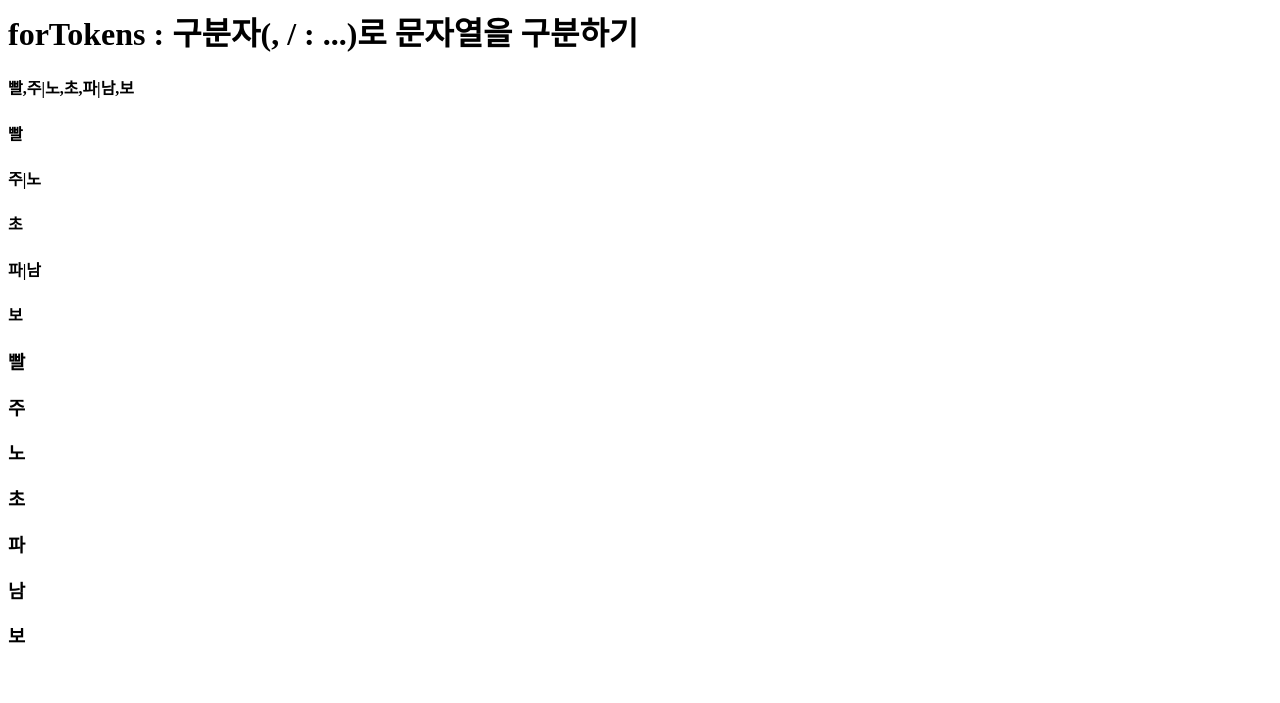
Repository: juhee1020/studying
Page: http://localhost/jsp01_basic/jsp10_jstl/jsp05_fortokens.jsp
These files come from the project's save history. The page is drawn as it stood at one moment and after the next save; the edit follows.
The browser window is 1280 px wide. The pictures show the whole page.
The page is served by Tomcat 9.

Above is the page before, as saved 2022-12-14 03:02:52.

After the next save:
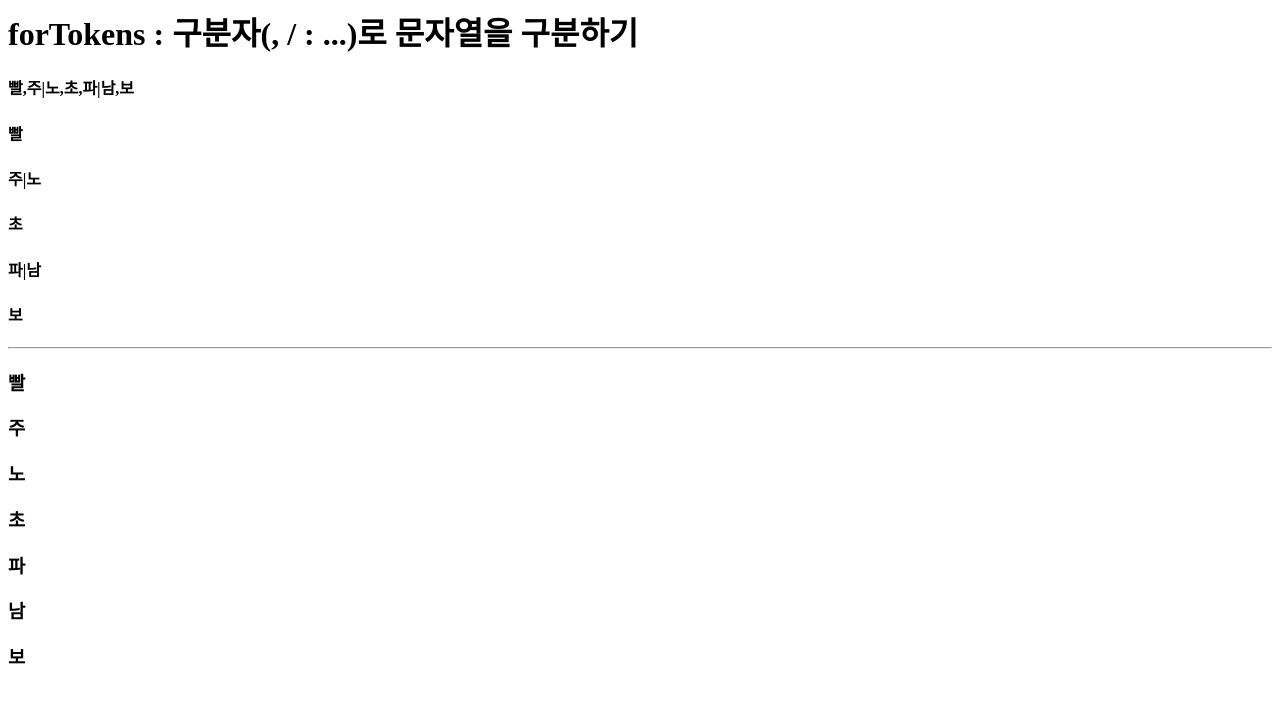
Saved 12 s later.
--- a/JSP/jsp01_basic/WebContent/jsp10_jstl/jsp05_fortokens.jsp
+++ b/JSP/jsp01_basic/WebContent/jsp10_jstl/jsp05_fortokens.jsp
@@ -10,7 +10,7 @@
 
 <c:forTokens var="color" items="${data}" delims=",">
 <h4>${color}</h4>
-</c:forTokens>
+</c:forTokens><hr>
 
 <c:forTokens var="color" items="${ data }" delims=",|.">
 	<h3>${ color }</h3>
